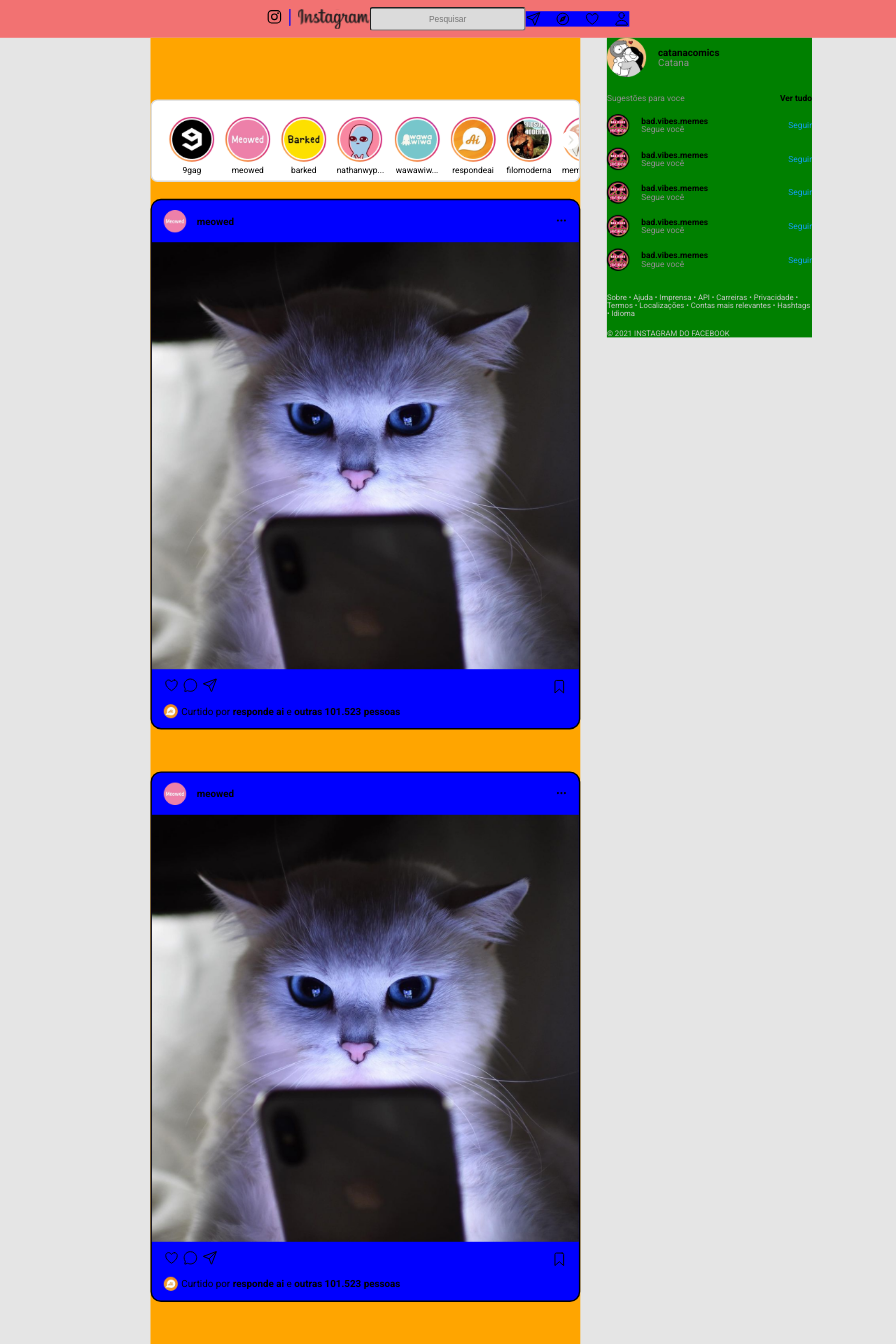
Repository: Zezinoo/proj-2-instagram-clone
Page: index.html
These files come from the project's save history. The page is drawn as it stood at one moment and after the next save; the edit follows.
The browser window is 1280 px wide. The pictures show the part of the page from y = 0 to 1920 px (the page is 2738 px tall), at 70% of full size.
Some web libraries are served in a nearby version.

Above is the page before, as saved 2022-06-05 02:10:41.

### index.html
<!DOCTYPE html>
<html lang="en">
<head>
    <meta charset="UTF-8">
    <meta http-equiv="X-UA-Compatible" content="IE=edge">
    <meta name="viewport" content="width=device-width, initial-scale=1.0">
    <link rel="stylesheet" href="reset.css">
    <link rel="stylesheet" href="style.css">
    <link rel="preconnect" href="https://fonts.googleapis.com">
    <link rel="preconnect" href="https://fonts.gstatic.com" crossorigin>
    <link href="https://fonts.googleapis.com/css2?family=Encode+Sans:wght@100;200;300;400;500;600;700&family=Roboto:ital,wght@0,100;0,300;0,400;0,500;0,700;1,100;1,300;1,400;1,500&display=swap" rel="stylesheet">
    <title>Instagram</title>
</head>
<body>
<div class="top">
    <div class = "align-top">
        <div class = "logo">
            <ion-icon name="logo-instagram" style="font-size:22px"></ion-icon>
        <div class="vertical-line"></div>
            <img src="./imgs/logo 1.svg" alt="">
    </div>
        <div class="search-bar">
            <input type="text" placeholder="Pesquisar">
        </div>
    <div class="top-icons">
        <ion-icon name="paper-plane-outline"></ion-icon>
        <ion-icon name="compass-outline"></ion-icon>
        <ion-icon name="heart-outline"></ion-icon>
        <ion-icon name="person-outline"></ion-icon>
    </div>
    </div>
</div>
<div class="feed">
    <div class="content">
        <div class="stories">
            <div class="story">
                <img src="./imgs/stories_background 3.png" alt="">
                <div class="user-logo">
                    <img src="./imgs/9gag 1.png" alt="">
                </div>
                <div class="user-name">
                    9gag
                </div>
            </div>
            <div class="story">
                <img src="./imgs/stories_background 3.png" alt="">
                <div class="user-logo">
                    <img src="./imgs/meowed 1.png" alt="">
                </div>
                <div class="user-name">
                    meowed
                </div>
            </div>
            <div class="story">
                <img src="./imgs/stories_background 3.png" alt="">
                <div class="user-logo">
                    <img src="./imgs/barked 1.png" alt="">
                </div>
                <div class="user-name">
                    barked
                </div>
            </div>
            <div class="story">
                <img src="./imgs/stories_background 3.png" alt="">
                <div class="user-logo">
                    <img src="./imgs/nathanwpylestrangeplanet 1.png" alt="">
                </div>
                <div class="user-name">
                    nathanwyp...
                </div>
            </div>
            <div class="story">
                <img src="./imgs/stories_background 3.png" alt="">
                <div class="user-logo">
                    <img src="./imgs/wawawiwacomicsa 1.png" alt="">
                </div>
                <div class="user-name">
                    wawawiw...
                </div>
            </div>
            <div class="story">
                <img src="./imgs/stories_background 3.png" alt="">
                <div class="user-logo">
                    <img src="./imgs/respondeai 1.png" alt="">
                </div>
                <div class="user-name">
                    respondeai
                </div>
            </div>
            <div class="story">
                <img src="./imgs/stories_background 3.png" alt="">
                <div class="user-logo">
                    <img src="./imgs/filomoderna 1.png" alt="">
                </div>
                <div class="user-name">
                    filomoderna
                </div>
            </div>
            <div class="story">
                <img src="./imgs/stories_background 3.png" alt="">
                <div class="user-logo">
                    <img src="./imgs/memeriagourmet 1.png" alt="">
                </div>
                <div class="user-name">
                    memeriagourmet
                </div>
                <div class="arrow">
                    <ion-icon name="chevron-forward-circle"></ion-icon>
                </div>
            </div>
        </div>
        <div class="post">
            <div class="info">
                <div class="op">
                    <img src="./imgs/meowed 2.png" alt="">
                    <div class="op-name">
                    meowed
                    </div>
                </div>
                <div class="dots">
                    <ion-icon name="ellipsis-horizontal"></ion-icon>
                </div>
            </div>
            <img src="./imgs/gato-telefone 1.png" alt="">
            <div class="bottom">
                <div class="post-icons">
                    <div class="left-icons">
                        <ion-icon name="heart-outline"></ion-icon>
                        <ion-icon name="chatbubble-outline"></ion-icon>
                        <ion-icon name="paper-plane-outline"></ion-icon>
                    </div>
                    <ion-icon name="bookmark-outline"></ion-icon>
                </div>
                <div class="comments">
                    <div class="follow-image">
                        <img src="./imgs/respondeai 2.png" alt="">
                    </div>
                    <div class="comment-message">
                        <p>Curtido por <strong>responde ai</strong> e <strong>outras 101.523 pessoas</strong></p>
                    </div>
                </div>
            </div>
        </div>
        <div class="post">
            <div class="info">
                <div class="op">
                    <img src="./imgs/meowed 2.png" alt="">
                    <div class="op-name">
                    meowed
                    </div>
                </div>
                <div class="dots">
                    <ion-icon name="ellipsis-horizontal"></ion-icon>
                </div>
            </div>
            <img src="./imgs/gato-telefone 1.png" alt="">
            <div class="bottom">
                <div class="post-icons">
                    <div class="left-icons">
                        <ion-icon name="heart-outline"></ion-icon>
                        <ion-icon name="chatbubble-outline"></ion-icon>
                        <ion-icon name="paper-plane-outline"></ion-icon>
                    </div>
                    <ion-icon name="bookmark-outline"></ion-icon>
                </div>
                <div class="comments">
                    <div class="follow-image">
                        <img src="./imgs/respondeai 2.png" alt="">
                    </div>
                    <div class="comment-message">
                        <p>Curtido por <strong>responde ai</strong> e <strong>outras 101.523 pessoas</strong></p>
                    </div>
                </div>
            </div>
        </div>
        <div class="post">
            <div class="info">
                <div class="op">
                    <img src="./imgs/meowed 2.png" alt="">
                    <div class="op-name">
                    meowed
                    </div>
                </div>
                <div class="dots">
                    <ion-icon name="ellipsis-horizontal"></ion-icon>
                </div>
            </div>
            <img src="./imgs/gato-telefone 1.png" alt="">
            <div class="bottom">
                <div class="post-icons">
                    <div class="left-icons">
                        <ion-icon name="heart-outline"></ion-icon>
                        <ion-icon name="chatbubble-outline"></ion-icon>
                        <ion-icon name="paper-plane-outline"></ion-icon>
                    </div>
                    <ion-icon name="bookmark-outline"></ion-icon>
                </div>
                <div class="comments">
                    <div class="follow-image">
                        <img src="./imgs/respondeai 2.png" alt="">
                    </div>
                    <div class="comment-message">
                        <p>Curtido por <strong>responde ai</strong> e <strong>outras 101.523 pessoas</strong></p>
                    </div>
                </div>
            </div>
        </div>
    </div>
    <div class="sidebar">
        <div class="user">
            <img src="./imgs/catanacomics 1.png" alt="">
            <div class="user-info">
                <div class="username">
                    catanacomics
                </div>
                <div class="name">
                    Catana
                </div>
            </div>
        </div>
        <div class="suggestion-text">
            <div class="recommended">
                Sugestões para voce
            </div>
            <div class="for-you">
                Ver tudo
            </div>
        </div>
        <div class="suggestion">
            <div class="suggestion-user">
                <img src="./imgs/badvibesmemes 1.png" alt="">
                <div class="user-info">
                    <div class="username">
                        bad.vibes.memes
                    </div>
                    <div class="name">
                        Segue você
                    </div>
                </div>
            </div>
            <div class="follow">
                Seguir
            </div>
        </div>
        <div class="suggestion">
            <div class="suggestion-user">
                <img src="./imgs/badvibesmemes 1.png" alt="">
                <div class="user-info">
                    <div class="username">
                        bad.vibes.memes
                    </div>
                    <div class="name">
                        Segue você
                    </div>
                </div>
            </div>
            <div class="follow">
                Seguir
            </div>
        </div>
        <div class="suggestion">
            <div class="suggestion-user">
                <img src="./imgs/badvibesmemes 1.png" alt="">
                <div class="user-info">
                    <div class="username">
                        bad.vibes.memes
                    </div>
                    <div class="name">
                        Segue você
                    </div>
                </div>
            </div>
            <div class="follow">
                Seguir
            </div>
        </div>
        <div class="suggestion">
            <div class="suggestion-user">
                <img src="./imgs/badvibesmemes 1.png" alt="">
                <div class="user-info">
                    <div class="username">
                        bad.vibes.memes
                    </div>
                    <div class="name">
                        Segue você
                    </div>
                </div>
            </div>
            <div class="follow">
                Seguir
            </div>
        </div>
        <div class="suggestion">
            <div class="suggestion-user">
                <img src="./imgs/badvibesmemes 1.png" alt="">
                <div class="user-info">
                    <div class="username">
                        bad.vibes.memes
                    </div>
                    <div class="name">
                        Segue você
                    </div>
                </div>
            </div>
            <div class="follow">
                Seguir
            </div>
        </div>
        <div class="help-text">
            <p>Sobre • Ajuda • Imprensa • API • Carreiras • Privacidade •
                Termos • Localizações • Contas mais relevantes • Hashtags •
                Idioma</p>
        </div>
        <div class="trademark">
            <p>© 2021 INSTAGRAM DO FACEBOOK</p>
        </div>
    </div>
</div>
<script src="https://unpkg.com/ionicons@5.4.0/dist/ionicons.js"></script>

</body>
</html>

### style.css

body{
    background-color: #e5e5e5;
    font-family: 'Roboto', sans-serif;
}


.top {
    width: 100%;
    height: 54px;
    display: flex;
    flex-direction: row;
    justify-content: space-around;
    align-items: center;
    background-color: rgba(255, 0, 0, 0.5);
}

.align-top{
    display: flex;
    flex-direction: row;
    align-items: center;
    justify-content: space-around;
}


.logo{
    display: flex;
    position: relative;
    align-items: flex-start;
    width: 100%;
}

.vertical-line{
    height: 22px;
    margin: 0 10px;
    border: blue 1px solid;
}


.search-bar input{
    height: 28px;
    width: 215px;
    border-radius: 4px;
    text-align: center;
    background-color: #DBDBDB;
    color: #979797;
    font-size: 12px;
}

.top-icons{
    width: 100%;
    display: flex;
    flex-direction:row;
    justify-content:space-between;
    background-color:blue;
}

.top-icons ion-icon{
    font-size: 22px;
    margin-right: 20px;
}
.top-icons ion-icon:nth-child(4){
    margin-right: 0px;
}

.feed {
    display: flex;
    flex-direction: row;
    position: absolute;
    top: 54px;
    left: 215px;
}


.content{
    display: flex;
    flex-direction: column;
    background-color: orange;
}

strong{
    font-weight: bold;
}

.stories{
    margin-top: 88px;
    margin-bottom: 24px;
    width: 614px;
    height:118px;
    display: flex;
    flex-direction: row;
    align-items: center;
    position: relative;
    justify-content: flex-start;
    background-color: #FFFFFF;
    overflow: hidden;
    border-radius: 10px;
    border: 2px solid #DBDBDB;
    box-sizing: border-box;
}
.stories .story:nth-child(1){
    margin-left:24px;
}

.story{
    display: flex;
    flex-direction: column;
    justify-content: center;
    margin-right: 14px;
    margin-top: 20px;
    position: relative;
}

.story img{
    width: 66px;
    height: 66px;
}

.story .user-logo{
    display: flex;
    position: absolute;
    top: 5px;
    left: 5px;
    z-index: 1;
}

.story .user-name{
    margin-top: 5px;
    display: flex;
    justify-content: center;
    height: 19px;
    font-size: 12px;
}

.user-logo img{
    width: 56px;
    height: 56px;
}

.arrow {
    position: absolute;
    top: 18px;
    left: -5px;
    font-size: 32px;
    z-index: 3;
    color: #FFFFFF ;
    text-shadow: 60px -16px green;
}

.post{
    background-color: blue;
    display: flex;
    flex-direction: column;
    width: 614px;
    border: 2px solid ;
    border-radius: 15px;
    box-sizing: border-box;
    margin-bottom: 60px;

}

.post .info {
    height: 60px;
    display: flex;
    align-items: center;
    justify-content: space-between;
}

.post .info .op{
    display: flex;
    flex-direction: row;
    box-sizing: border-box;
    margin-left: 17px;
    justify-content: space-evenly;
    align-items: center;
}

.op .op-name{
    margin-left: 15px;
    font-weight: bold;
    font-size: 14px;
}

.info .dots{
    margin-right: 17px;
    font-size: 16px;
}

.post .bottom{
    margin: 0 17px;
    margin-top: 10px;
}

.bottom .post-icons{
    height: 30px;
    font-size: 22px;
    display: flex;
    justify-content: space-between;
    align-items: center;
}

.post-icons .left-icons{
    margin-right: 14px;
}

.bottom .comments{
    display: flex;
    align-items: center;
    margin-top: 10px;
    margin-bottom: 14px;
}
.comments .follow-image{
    height: 20px;
    width: 20px;
    margin-right: 5px;
}
.follow-image img{
    width: 100%;
    height: 100%;
}

.comments .comment-message{
    font-size: 14px;
}

.sidebar{
    background-color: green;
    margin-left: 38px;
    width: 293px;
    height: 100%;
    box-sizing: border-box;
}

.sidebar .user{
    height: 56px;
    display: flex;
    align-items: center;
    margin-bottom: 24px;
}

.user .user-info{
    margin-left: 17px;
    display: flex;
    flex-direction: column;
    font-size: 14px;
}
.user-info .username{
    font-weight: bold;
}

.user-info .name{
    color: #8E8E8E;
}

.sidebar .suggestion-text{
    display: flex;
    justify-content: space-between;
    margin-bottom: 17px;
    font-size: 12px;
}

.suggestion-text .recommended{
    color: #8E8E8E;
}

.suggestion-text .for-you{
    font-weight: bold;
}

.sidebar .suggestion{
    display: flex;
    justify-content: space-between;
    align-items: center;
    margin-bottom: 16px;
}
.suggestion-user{
    display: flex;
    align-items: center;
}

.suggestion-user .user-info{
    margin-left: 17px;
    display: flex;
    flex-direction: column;
    font-size: 12px;
}
.user-info .username{
    font-weight: bold;
}

.user-info .name{
    color: #8E8E8E;
}

.suggestion .follow {
    font-size: 12px;
    color: #139EF2;
}

.suggestion:nth-child(7){
    margin-bottom: 0px;
}

.sidebar .help-text{
    margin-top: 33px;
    margin-bottom: 18px;
    font-size: 11px;
    color: #C7C7C7;
}

.sidebar .trademark{
    font-size: 11px;
    color: #C7C7C7;
}

@media(max-width:935px){
    .sidebar{
        display: none;
    }
    .feed{
        position: static;
    }
}

/*fix top*/

Loaded but not shown: reset.css (common file)

After the next save:
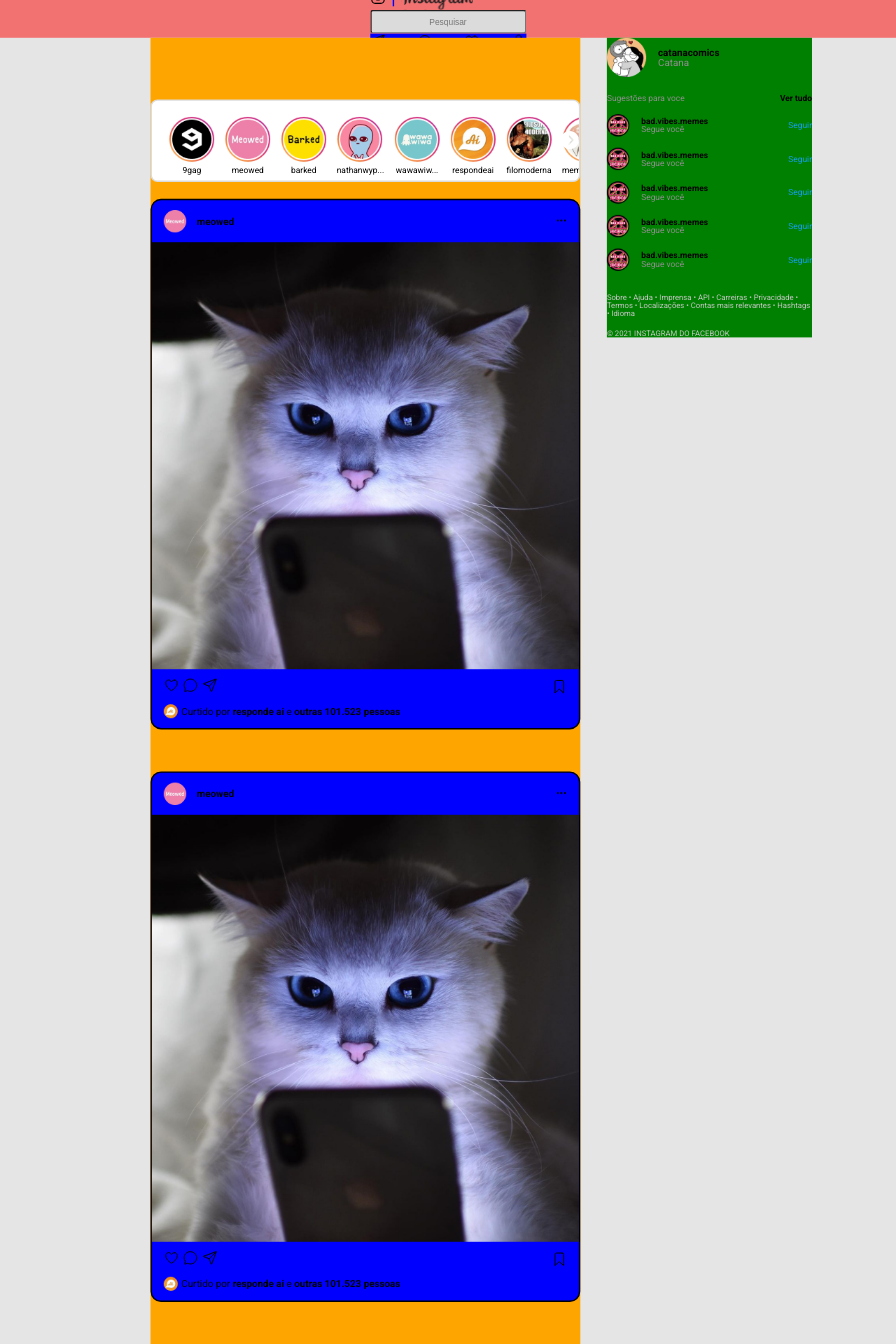
Saved 3 min 53 s later.
--- a/style.css
+++ b/style.css
@@ -10,18 +10,10 @@
     height: 54px;
     display: flex;
     flex-direction: row;
-    justify-content: space-around;
+    justify-content: center;
     align-items: center;
     background-color: rgba(255, 0, 0, 0.5);
 }
-
-.align-top{
-    display: flex;
-    flex-direction: row;
-    align-items: center;
-    justify-content: space-around;
-}
-
 
 .logo{
     display: flex;
@@ -48,7 +40,6 @@
 }
 
 .top-icons{
-    width: 100%;
     display: flex;
     flex-direction:row;
     justify-content:space-between;
